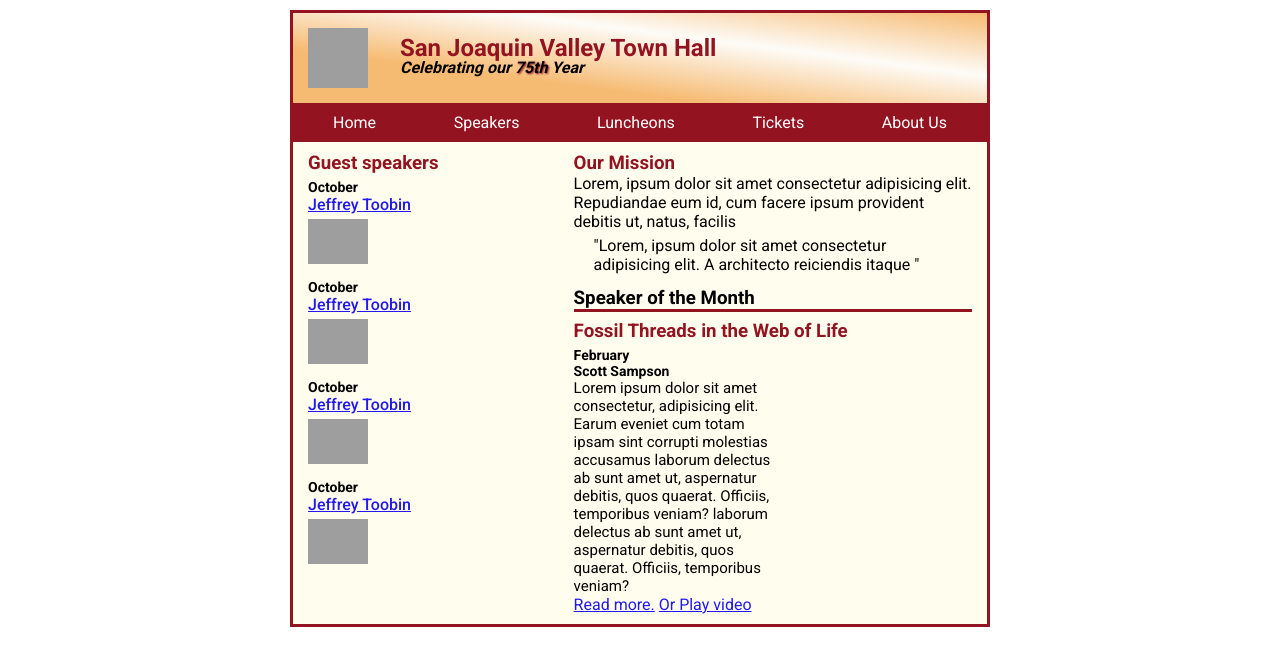
Repository: Mannj-nef/ex-5-6-7-8_IvVettech
Page: index.html
These files come from the project's save history. The page is drawn as it stood at one moment and after the next save; the edit follows.
The browser window is 1280 px wide. The pictures show the whole page.
Pictures or frames that could not be fetched are drawn as grey boxes.

Above is the page before, as saved 2022-03-24 22:41:21.

### index.html
<!DOCTYPE html>
<html lang="en">
  <head>
    <meta charset="UTF-8" />
    <meta http-equiv="X-UA-Compatible" content="IE=edge" />
    <meta name="viewport" content="width=device-width, initial-scale=1.0" />
    <link rel="stylesheet" href="./Asset/style.css" />
    <link rel="preconnect" href="https://fonts.googleapis.com" />
    <link rel="preconnect" href="https://fonts.gstatic.com" crossorigin />
    <link
      href="https://fonts.googleapis.com/css2?family=Roboto:wght@300;400;500;700&display=swap"
      rel="stylesheet"
    />
    <title>Exercise5-6</title>
    <link
      rel="shortcut icon"
      href="https://iviettech.vn/wp-content/themes/viettech/img/front/favicon.ico"
      type="image/x-icon"
    />
  </head>
  <body>
    <div id="app">
      <header id="header">
        <div class="header-top">
          <div class="header-image__wrapper">
            <img
              src="https://source.unsplash.com/random"
              alt=""
              class="header-image"
            />
          </div>
          <div class="header-main">
            <h2 class="header-main__title">San Joaquin Valley Town Hall</h2>
            <p class="header-main__decs">
              Celebrating our
              <span class="header-main__decs-b"
                >75 <span class="header-main__decs-c">th</span>
              </span>
              Year
            </p>
          </div>
        </div>
        <div class="header-nav">
          <ul class="header-nav__list">
            <li class="header-nav__item">
              <a href="" class="header-nav__link">Home</a>
            </li>
            <li class="header-nav__item">
              <a href="" class="header-nav__link">Speakers</a>
            </li>
            <li class="header-nav__item">
              <a href="" class="header-nav__link">Luncheons</a>
            </li>
            <li class="header-nav__item">
              <a href="" class="header-nav__link">Tickets</a>
            </li>
            <li class="header-nav__item">
              <a href="" class="header-nav__link">About Us</a>
            </li>
          </ul>
        </div>
      </header>
      <section id="content">
        <div class="content-left">
          <h3 class="content-title">Guest speakers</h3>

          <div class="content-left__member">
            <p class="content__member-month">October</p>
            <a href="" class="content-left__member-link">Jeffrey Toobin</a>
            <div class="content-left__member-avata-wrapper">
              <img
                src="https://source.unsplash.com/random"
                alt=""
                class="content-left__member-avata"
              />
            </div>
          </div>
          <div class="content-left__member">
            <p class="content__member-month">October</p>
            <a href="" class="content-left__member-link">Jeffrey Toobin</a>
            <div class="content-left__member-avata-wrapper">
              <img
                src="https://source.unsplash.com/random"
                alt=""
                class="content-left__member-avata"
              />
            </div>
          </div>
          <div class="content-left__member">
            <p class="content__member-month">October</p>
            <a href="" class="content-left__member-link">Jeffrey Toobin</a>
            <div class="content-left__member-avata-wrapper">
              <img
                src="https://source.unsplash.com/random"
                alt=""
                class="content-left__member-avata"
              />
            </div>
          </div>
          <div class="content-left__member">
            <p class="content__member-month">October</p>
            <a href="" class="content-left__member-link">Jeffrey Toobin</a>
            <div class="content-left__member-avata-wrapper">
              <img
                src="https://source.unsplash.com/random"
                alt=""
                class="content-left__member-avata"
              />
            </div>
          </div>
        </div>
        <div class="constent-right">
          <div class="constent-right__top">
            <h3 class="content-title">Our Mission</h3>
            <p class="constent-right__desc">
              Lorem, ipsum dolor sit amet consectetur adipisicing elit.
              Repudiandae eum id, cum facere ipsum provident debitis ut, natus,
              facilis
            </p>
            <p class="constent-right__desc-sub">
              "Lorem, ipsum dolor sit amet consectetur adipisicing elit. A
              architecto reiciendis itaque "
            </p>
            <h3 class="constent-right-title">Speaker of the Month</h3>
          </div>
          <div class="constent-right__center">
            <h3 class="content-title">Fossil Threads in the Web of Life</h3>
            <div class="constent-right__center-right">
              <h3 class="content__member-month center-right_title">
                <p>February</p>
                Scott Sampson
              </h3>
              <p class="constent-right__center-desc">
                Lorem ipsum dolor sit amet consectetur, adipisicing elit. Earum
                eveniet cum totam ipsam sint corrupti molestias accusamus
                laborum delectus ab sunt amet ut, aspernatur debitis, quos
                quaerat. Officiis, temporibus veniam? laborum delectus ab sunt
                amet ut, aspernatur debitis, quos quaerat. Officiis, temporibus
                veniam?
              </p>
              <a href="" class="constent-right__center-link">Read more.</a>
              <a href="" class="constent-right__center-link">Or Play video</a>
            </div>
          </div>
        </div>
      </section>
    </div>
  </body>
</html>

### Asset/style.css
* {
  margin: 0;
  padding: 0;
  box-sizing: border-box;
}
html {
  font-family: "Roboto", sans-serif;
}
:root {
  --prymary-color: #931420;
  --white-color: #fff;
  --yellow-color: #ebc700;
  --blue-color: #2119ee;
  --size: 60px;
}

#app {
  margin: 10px auto;
  width: 700px;
  border: 3px solid var(--prymary-color);
}

#header {
}
.header-top {
  padding: 15px;
  display: flex;
  align-items: center;
  background-image: linear-gradient(
    to right top,
    #f6bb73 30%,
    #fefcf8,
    #f6bb73
  );
}
.header-image__wrapper {
  width: var(--size);
  height: var(--size);
  margin-right: 2em;
}
.header-image {
  width: 100%;
  height: 100%;
  object-fit: cover;
}
.header-main {
  line-height: 20px;
}
.header-main__title {
  color: var(--prymary-color);
}
.header-main__decs {
  color: #000;
  font-weight: 600;
  font-style: italic;
}
.header-main__decs-b {
  display: inline-flex;
  text-shadow: 1px 1px 2px var(--prymary-color);
}
.header-nav {
  background-color: var(--prymary-color);
}
.header-nav__list {
  list-style: none;
  display: flex;
  justify-content: space-between;
  padding: 0 20px;
}
.header-nav__item {
  padding: 10px 20px;
}
.header-nav__link {
  font-weight: 400;
  text-decoration: none;
  color: var(--white-color);
}
.header-nav__item:hover .header-nav__link {
  color: var(--yellow-color);
}

#content {
  background-color: #fffded;
  padding: 10px 15px;
  display: flex;
}

.content-left {
  width: 40%;
}
.content-title {
  color: var(--prymary-color);
}
.content-left__member {
}
.content__member-month {
  margin-top: 5px;
  font-size: 14px;
  font-weight: 600;
}
.content-left__member-link {
  font-weight: 500;
  color: var(--blue-color);
}
.content-left__member-avata-wrapper {
  width: var(--size);
  height: var(--size);
  display: flex;
  padding-top: 5px;
  padding-bottom: 10px;
}
.content-left__member-avata {
  width: 100%;
  height: 100%;
}
.constent-right {
  width: 60%;
}
.constent-right__desc-sub {
  padding: 5px 20px;
}
.constent-right-title {
  margin: 8px 0;
  font-weight: 600;
  color: #000;
  border-bottom: 3px solid var(--prymary-color);
}

.constent-right__center-right {
  width: 50%;
}
.center-right_title {
  margin-right: 10px;
}
.constent-right__center-desc {
  font-size: 15px;
  line-height: 1.2;
}
.constent-right__center-link {
  color: var(--blue-color);
}

After the next save:
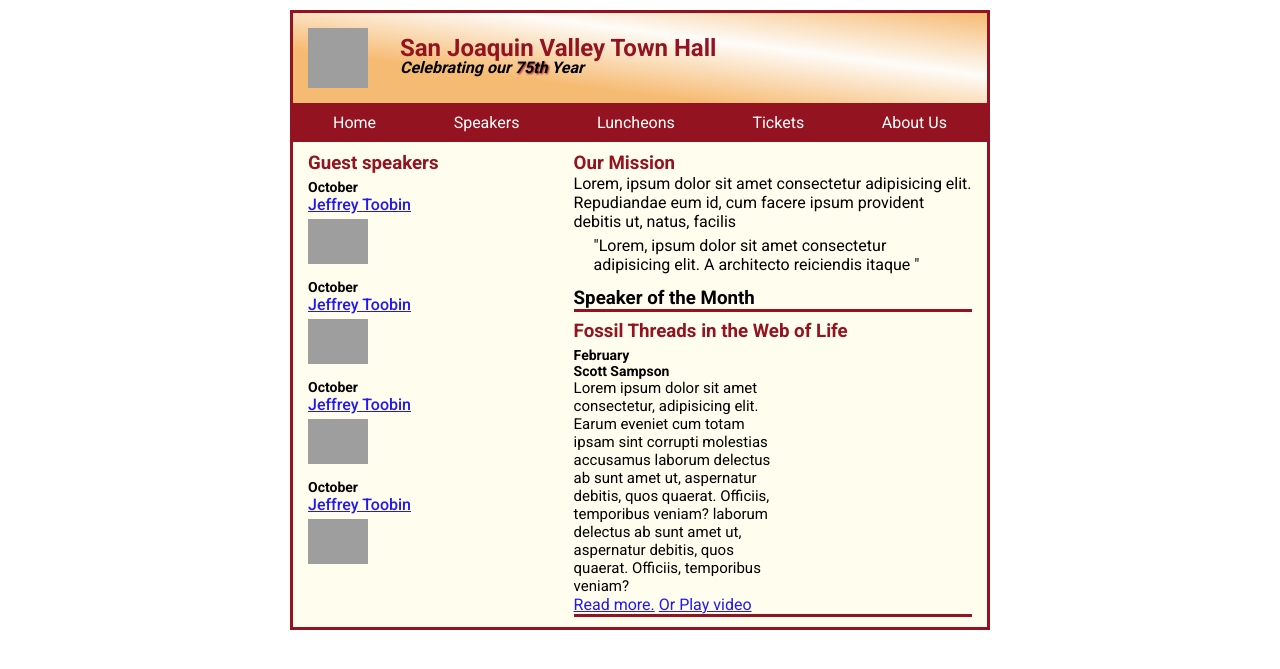
Saved 80 s later.
--- a/Asset/style.css
+++ b/Asset/style.css
@@ -126,6 +126,10 @@ html {
   border-bottom: 3px solid var(--prymary-color);
 }
 
+.constent-right__center {
+  border-bottom: 3px solid var(--prymary-color);
+}
+
 .constent-right__center-right {
   width: 50%;
 }
